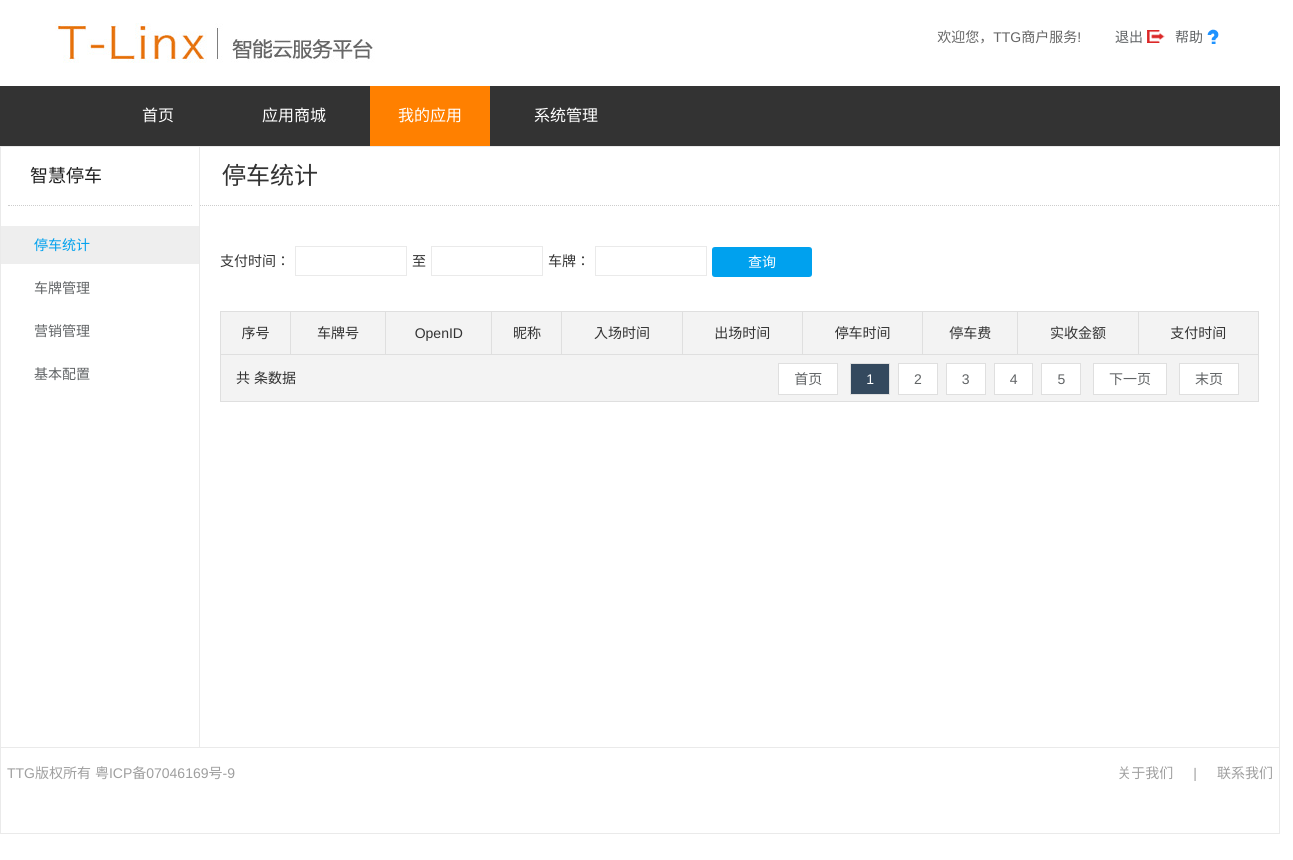
Repository: Keori/ParkCar
Page: admin/商户云/智慧停车/ParkManage.html
These files come from the project's save history. The page is drawn as it stood at one moment and after the next save; the edit follows.
The browser window is 1280 px wide. The page is 1293 px wide, so the pictures cover 1293 px, including what lies to the right of the window. The pictures show the whole page.
The page's requests for data from a server got no answer.

Above is the page before, as saved 2018-12-24 10:10:05.

After the next save:
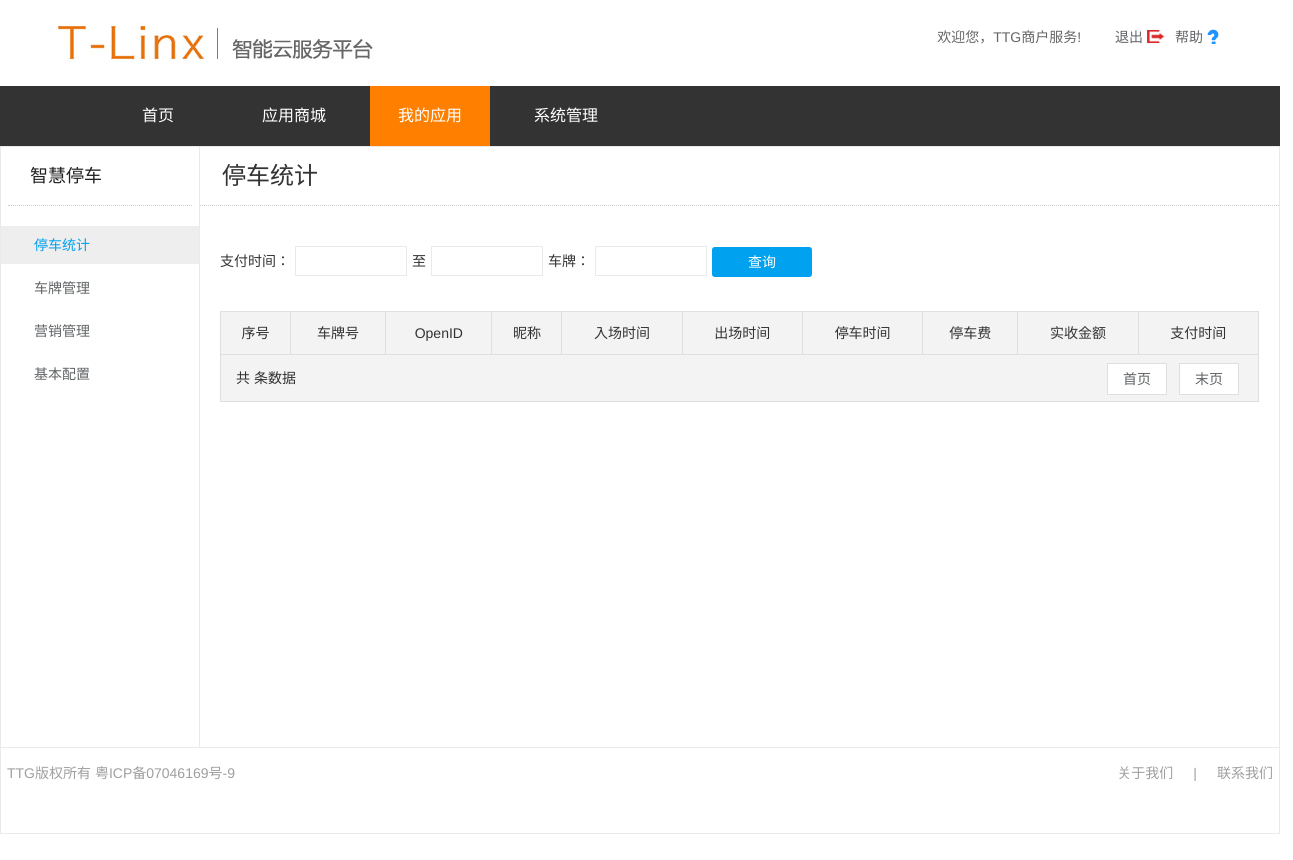
Saved 6 s later.
--- a/admin/商户云/智慧停车/ParkManage.html
+++ b/admin/商户云/智慧停车/ParkManage.html
@@ -133,7 +133,7 @@
             return{
                 current: 0,
                 showItem:5,
-                allpage:13,
+                allpage:'',
                 type: false,
                 changeGray: '',
                 filterSearch:{
